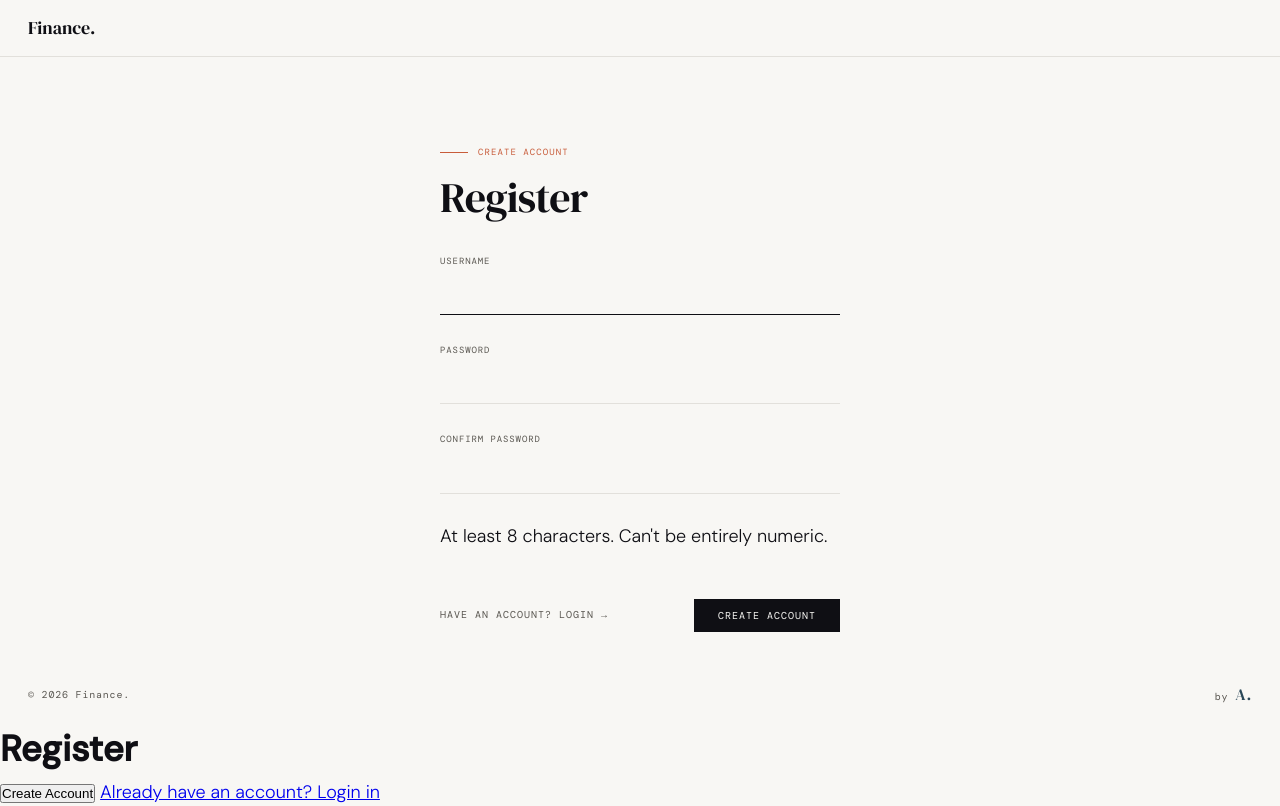
Repository: adtm0/Fined
Page: tracker/templates/tracker/register.html
These files come from the project's save history. The page is drawn as it stood at one moment and after the next save; the edit follows.
The browser window is 1280 px wide. The pictures show the whole page.
Some web fonts or font styles are not loaded; a fallback is used. The template is drawn by Django 4.2. The application's start-up code is not run. Other server files are loaded and not shown. The template is opened directly, without the code that normally fills it, so the values that code supplies are empty.

Above is the page before, as saved 2026-05-01 21:50:30.

### tracker/templates/tracker/register.html
{% extends 'tracker/base.html' %}

{% block content %}
<div class="auth-page">
  <div class="auth-box">
    <div class="auth-header">
      <p class="section-label">Create account</p>
      <h1 class="auth-title">Register</h1>
    </div>

    {%if form.errors%}
      <p class="auth-error">Please fix the errors below.</p>
    {% endif %}

    <form method="POST">
      {% csrf_token %}
      <label>Username</label>
      <input type="text" name="username" autofocus>

      <label>Password</label>
      <input type="password" name="password1"></input>

      <label>Confirm password</label>
      <input type="password" name="password2"></input>

      <p class="auth-hint">At least 8 characters. Can't be entirely numeric.</p>

      <div class="auth-actions">
        <a href="/login/" class="auth-link">Have an account? Login →</a>
        <button type="submit" class="modal-submit">Create account</button>
      </div>
    </form>
  </div>
</div>
<h1 class="mb-4">Register</h1>

  <button type="submit" class="btn btn-primary">Create Account</button>
</form>
<a href="/login" class="mt-3 d-block">Already have an account? Login in</a>
{% endblock %}

### tracker/templates/tracker/base.html
{% load static %}
<!DOCTYPE html>
<html>
  <head>
    <meta name="viewport" content="width=device-width, initial-scale=1.0">
    <title>Fined</title>
    <link rel="stylesheet" href="{% static 'tracker/style.css' %}">
    <link rel="preconnect" href="https://fonts.googleapis.com">
    <link href="https://fonts.googleapis.com/css2?family=DM+Serif+Display:ital@0;1&family=DM+Mono:wght@300;400;500&family=DM+Sans:wght@300;400;500&display=swap" rel="stylesheet">
  </head>
  <body>
    <nav class="navbar">
      <a class="nav-brand" href="/dashboard/">Finance.</a>
      <div class="nav-links">
        {% if user.is_authenticated %}
          <a href="/dashboard/" class="{% if request.resolver_match.url_name == 'dashboard' %} active {% endif %}">Overview</a>
          <a href="/history/" class="{% if request.resolver_match.url_name == 'history' %} active {% endif %}">History</a>
          <a href="/logout/">Logout</a>
        {% endif %}
      </div>
    </nav>
    <div class="page-content">
      {% block content%}{% endblock %}
    </div>
    <footer class="site-footer">
      <span class="footer-copy">&#169; 2026 Finance.</span>
      <a href="https://adtm0.github.io/" target="_blank" class="footer-link">by <span class="footer-a">A.</span></a>
    </footer>
  </body>
</html>

### tracker/static/tracker/style.css
@import url('https://fonts.googleapis.com/css2?family=DM+Serif+Display:ital@0;1&family=DM+Mono:wght@300;400;500&family=DM+Sans:wght@300;400;500&display=swap');

* {
  margin: 0;
  padding: 0;
  box-sizing: border-box;
}

:root {
  --ink: #0f0f14;
  --paper: #f8f7f4;
  --paper2: #f0efe9;
  --muted-dark: #5a5751;
  --border: #e2e0db;
  --accent: #2a4858;
  --accent2: #c85c3a;
  --serif: 'DM Serif Display', serif;
  --sans: 'DM Sans', sans-serif;
  --mono: 'DM Mono', monospace;
}

html {
  font-size: 18px;
}

body {
  background-color: var(--paper);
  font-family: var(--sans);
  font-size: 1rem;
  color: var(--ink);
  font-weight: 300;
  line-height: 1.6;
}

/* ── AUTH PAGES ── */
.auth-page {
  min-height: calc(100vh - 57px);
  display: flex;
  align-items: center;
  justify-content: center;
}

.auth-box {
  width: 100%;
  max-width: 400px;
  padding: 48px 0;
}

.auth-header {
  margin-bottom: 36px;
}

.auth-title {
  font-family: var(--serif);
  font-size: 42px;
  font-weight: normal;
  letter-spacing: -0.02em;
  color: var(--ink);
  line-height: 1;
}

.auth-error {
  font-family: var(--mono);
  font-size: 10px;
  letter-spacing: 0.08em;
  text-transform: uppercase;
  color: var(--accent2);
  margin-bottom: 24px;
  padding-bottom: 16px;
  border-bottom: 1px solid var(--border);
}

.auth-box label {
  display: block;
  font-family: var(--mono);
  font-size: 9px;
  letter-spacing: 0.1em;
  text-transform: uppercase;
  color: var(--muted-dark);
  margin-bottom: 8px;
}

.auth-box input[type="text"],
.auth-box input[type="password"] {
  display: block;
  width: 100%;
  padding: 10px 0;
  font-family: var(--sans);
  font-size: 14px;
  color: var(--ink);
  background: transparent;
  border: none;
  border-bottom: 1px solid var(--border);
  outline: none;
  margin-bottom: 28px;
}

.auth-box input[type="text"]:focus,
.auth-box input[type="password"]:focus {
  border-bottom-color: var(--ink);
}

.auth-actions {
  display: flex;
  align-items: center;
  justify-content: space-between;
  margin-top: 48px;
  padding-top: 0;
  border-top: none;
}

.auth-link {
  font-family: var(--mono);
  font-size: 10px;
  letter-spacing: 0.1em;
  text-transform: uppercase;
  color: var(--muted-dark);
  text-decoration: none;
  transition: color 0.15s;
}

.auth-link:hover {
  color: var(--accent2);
}


/* ── NAVBAR ── */
.navbar {
  display: flex;
  justify-content: space-between;
  align-items: stretch;
  height: 57px;
  border-bottom: 1px solid var(--border);
  background-color: var(--paper);
  padding: 0 28px;
}

.nav-brand {
  font-family: var(--serif);
  font-size: 18px;
  text-decoration: none;
  color: var(--ink);
  display: flex;
  align-items: center;
}

.nav-brand:visited {
  color: var(--ink);
}

.nav-links {
  display: flex;
  align-items: stretch;
}

.nav-links a {
  font-family: var(--mono);
  font-size: 10px;
  letter-spacing: 0.1em;
  text-transform: uppercase;
  text-decoration: none;
  color: var(--muted-dark);
  display: flex;
  align-items: center;
  padding: 0 16px;
  transition: color 0.15s;
}

.nav-links a:hover {
  color: var(--accent2);
}

.nav-links a.active {
  background: var(--accent);
  color: #fff;
}

.page-content {
  overflow: auto;
}

/* ── FOOTER ── */
.site-footer {
  position: fixed;
  bottom: 0;
  left: 0;
  right: 0;
  display: flex;
  justify-content: space-between;
  align-items: center;
  padding: 12px 28px;
  background: var(--paper);
}

.footer-copy {
  font-family: var(--mono);
  font-size: 10px;
  letter-spacing: 0.08em;
  color: var(--muted-dark);
}

.footer-link {
  font-family: var(--mono);
  font-size: 10px;
  letter-spacing: 0.08em;
  color: var(--muted-dark);
  text-decoration: none;
  transition: color 0.15s;
}

.footer-link:hover{
  color: var(--ink);
}

.footer-a {
  font-family: var(--serif);
  font-size: 16px;
  color: var(--accent);
}

.footer-link:hover .footer-a {
  color: var(--accent2);
}

/* ── DASHBOARD GRID ── */
.dashboard-grid {
  display: grid;
  grid-template-columns: 1fr 2fr 1fr;
  min-height: calc(100vh - 57px - 45px);
  border: 1px solid var(--border);
  align-items: stretch;
}

/* ── LEFT PANEL ── */
.left-panel {
  border-right: 1px solid var(--border);
  display: flex;
  flex-direction: column;
}

.left-panel-hero {
  padding: 40px 32px;
  border-bottom: 1px solid var(--border);
}

/* Only "Financial Overview" gets the orange line eyebrow */
.section-label {
  display: flex;
  align-items: center;
  gap: 10px;
  font-family: var(--mono);
  font-size: 9px;
  letter-spacing: 0.12em;
  color: var(--accent2);
  text-transform: uppercase;
  margin-bottom: 16px;
}

.section-label::before {
  content: '';
  display: inline-block;
  width: 28px;
  height: 1px;
  background: var(--accent2);
  flex-shrink: 0;
}

.greeting {
  font-family: var(--serif);
  font-size: 42px;
  font-weight: normal;
  line-height: 1.15;
  letter-spacing: -0.01em;
  margin-bottom: 10px;
}

.greeting em {
  color: var(--accent);
  font-style: italic;
}

.subtext {
  font-family: var(--sans);
  font-size: 12px;
  color: var(--muted-dark);
  font-weight: 300;
  line-height: 1.6;
}

/* Stats */
.stat-block {
  display: flex;
  flex-direction: column;
}

.stat {
  padding: 24px 32px;
  border-bottom: 1px solid var(--border);
}

.stat h2 {
  font-family: var(--serif);
  font-size: 36px;
  font-weight: normal;
  letter-spacing: -0.02em;
  line-height: 1;
  color: var(--ink);
}

.stat p {
  font-family: var(--mono);
  font-size: 9px;
  letter-spacing: 0.1em;
  text-transform: uppercase;
  color: var(--muted-dark);
  margin-top: 4px;
}

/* ── MIDDLE PANEL ── */
.middle-panel {
  border-right: 1px solid var(--border);
  display: flex;
  flex-direction: column;
}

.analytics-box {
  padding: 32px 48px;
  border-bottom: 1px solid var(--border);
  flex: none;
  height: 420px;
  overflow: hidden;
}

.analytics-header {
  display: flex;
  align-items: center;
  justify-content: space-between;
  margin-bottom: 24px;
}

.analytics-title {
  font-family: var(--serif);
  font-size: 20px;
  color: var(--ink);
  font-style: italic;
}

/* Wallets */
.wallets-box {
  padding: 32px 36px;
}

.wallets-header {
  display: flex;
  justify-content: space-between;
  align-items: center;
  margin-bottom: 14px;
}

.wallets-title {
  font-family: var(--serif);
  font-size: 20px;
  color: var(--ink);
  font-style: italic;
}

.add-link {
  font-family: var(--mono);
  font-size: 9px;
  letter-spacing: 0.1em;
  text-transform: uppercase;
  color: var(--muted-dark);
  text-decoration: none;
  padding: 5px 12px;
  border: 1px solid var(--border);
  transition: color 0.15s;
}

.add-link:hover {
  color: var(--accent2);
}

.wallet-item {
  display: flex;
  justify-content: space-between;
  align-items: center;
  padding: 10px 0;
  border-top: 1px solid var(--border);
}

.wallet-item:last-child {
  border-bottom: 1px solid var(--border);
}

.wallet-item a {
  font-family: var(--serif);
  font-size: 14px;
  color: var(--accent);
  text-decoration: none;
}

.wallet-balance {
  font-family: var(--mono);
  font-size: 11px;
  font-weight: 300;
  letter-spacing: 0.1em;
  text-transform: uppercase;
  color: var(--ink);
}

.empty-link {
  font-family: var(--mono);
  font-size: 10px;
  letter-spacing: 0.06em;
  text-transform: uppercase;
  color: var(--muted-dark);
  text-decoration: none;
  display: block;
  padding: 12px 0;
  border-top: 1px solid var(--border);
}

.empty-link:hover {
  color: var(--accent2);
}

/* ── RIGHT PANEL ── */
.right-panel {
  background: var(--paper2);
  display: flex;
  flex-direction: column;
}

.total-balance-box {
  padding: 36px 32px;
  border-bottom: 1px solid var(--border);
}

.balance-eyebrow {
  font-family: var(--mono);
  font-size: 9px;
  letter-spacing: 0.1em;
  text-transform: uppercase;
  color: var(--muted-dark);
  margin-bottom: 10px;
}

.total-balance-box h1 {
  font-family: var(--serif);
  font-size: 48px;
  font-weight: normal;
  letter-spacing: -0.02em;
  line-height: 1;
  color: var(--ink);
}

.balance-sub {
  font-family: var(--sans);
  font-size: 11px;
  color: var(--muted-dark);
  margin-top: 6px;
  font-weight: 300;
}

/* Actions */
.actions-box {
  padding: 28px 32px;
  border-top: 1px solid var(--border);
  margin-top: auto;
}

.actions-label {
  font-family: var(--mono);
  font-size: 9px;
  letter-spacing: 0.1em;
  text-transform: uppercase;
  color: var(--muted-dark);
  margin-bottom: 14px;
}

.action-btn {
  display: flex;
  align-items: center;
  justify-content: space-between;
  padding: 12px 0;
  font-family: var(--mono);
  font-size: 11px;
  letter-spacing: 0.1em;
  text-transform: uppercase;
  text-decoration: none;
  color: var(--ink);
  border-bottom: 1px solid var(--border);
  background: transparent;
  width: 100%;
  cursor: pointer;
  transition: color 0.15s;
  border: none;
  border-bottom: 1px solid var(--border);
  appearance: none;
  -webkit-appearance: none;
}

a.action-btn {
  display: flex;
  align-items: center;
  justify-content: space-between;
}
.action-btn:first-of-type {
  border-top: 1px solid var(--border);
}

.action-btn::after {
  content: '→';
  font-family: var(--mono);
  font-size: 11px;
  color: inherit;
}

.action-btn:hover {
  color: var(--accent2);
}

/* Recent */
.recent-box {
  padding: 28px 32px;
  flex: 1;
}

.recent-label {
  font-family: var(--mono);
  font-size: 9px;
  letter-spacing: 0.1em;
  text-transform: uppercase;
  color: var(--muted-dark);
  margin-bottom: 12px;
}

.recent-item {
  font-family: var(--sans);
  font-size: 13px;
  color: var(--ink);
  padding: 10px 0;
  border-bottom: 1px solid var(--border);
}

.recent-item:first-of-type {
  border-top: 1px solid var(--border);
}

.recent-empty {
  font-family: var(--mono);
  font-size: 9px;
  color: var(--muted-dark);
  letter-spacing: 0.06em;
  text-transform: uppercase;
  padding: 10px 0;
  border-top: 1px solid var(--border);
}

/* ── HISTORY PAGE ── */
.history-page {
  padding: 48px 56px;
  max-width: 1100px;
}

.history-title {
  font-family: var(--serif);
  font-size: 42px;
  font-weight: normal;
  letter-spacing: -0.02em;
  color: var(--ink);
  margin-bottom: 40px;
}

.history-table {
  width: 100%;
  border-collapse: collapse;
}

.history-table thead tr {
  border-bottom: 1px solid var(--border);
}

.history-table th {
  font-family: var(--mono);
  font-size: 9px;
  letter-spacing: 0.1em;
  text-transform: uppercase;
  color: var(--muted-dark);
  text-align: left;
  padding: 0 0 12px 0;
  font-weight: 400;
}

.history-table td {
  font-family: var(--sans);
  font-size: 13px;
  color: var(--ink);
  padding: 14px 0;
  border-bottom: 1px solid var(--border);
}

/* Type column - income green, expense orange */
.history-table td:nth-child(3) {
  font-family: var(--mono);
  font-size: 9px;
  letter-spacing: 0.08em;
  text-transform: uppercase;
}

.type-badge {
  display: inline-block;
  padding: 3px 10px;
  font-family: var(--mono);
  font-size: 9px;
  letter-spacing: 0.08em;
  text-transform: uppercase;
  min-width: 70px;
  text-align: center;
}

.type-badge.income {
  background: #dde6eb;
  color: #1d3340;
}

.type-badge.expense {
  background: #f7e4dc;
  color: #9e3f22;
}

/* Amount column - mono */
.history-table td:nth-child(4) {
  font-family: var(--mono);
  font-size: 13px;
  font-weight: 500;
}

/* ── MODAL ── */
.modal-overlay {
  display: none;
  position: fixed;
  inset: 0;
  background: rgba(15, 15, 20, 0.5);
  z-index: 100;
  align-items: center;
  justify-content: center;
}

.modal {
  background: var(--paper);
  padding: 40px 36px;
  width: 100%;
  max-width: 420px;
  border: 1px solid var(--border)
}

.modal-title {
  font-family: var(--serif);
  font-size: 28px;
  font-weight: normal;
  color: var(--ink);
  margin-bottom: 28px;
}

.modal label {
  display: block;
  font-family: var(--mono);
  font-size: 9px;
  letter-spacing: 0.1em;
  text-transform: uppercase;
  color: var(--muted-dark);
  margin-bottom: 8px;
}

.modal input[type="text"],
.modal input[type="number"],
.modal select {
  display: block;
  width: 100%;
  padding: 10px 0;
  font-family: var(--sans);
  font-size: 14px;
  color: var(--ink);
  background: transparent;
  border: none;
  border-bottom: 1px solid var(--border);
  outline: none;
  margin-bottom: 24px;
}

.modal select {
  appearance: none;
  -webkit-appearance: none;
  background-image: url("data:[embedded picture, 215 characters]");
  background-repeat: no-repeat;
  background-position: right 4px center;
  padding-right: 24px;
  cursor: pointer;
}

.modal input[type="date"] {
  display: block;
  width: 100%;
  padding: 10px 0;
  font-family: var(--sans);
  font-size: 14px;
  color: var(--ink);
  background: transparent;
  border: none;
  border-bottom: 1px solid var(--border);
  outline: none;
  margin-bottom: 24px;
  cursor: pointer;
  -webkit-appearance: none;
  appearance: none
}
.modal input[type="date"]::-webkit-calendar-picker-indicator {
  opacity: 0.35;
  cursor: pointer;
  filter: invert(0.3);
  margin-left: auto;
}

.modal input[type="number"]::-webkit-inner-spin-button,
.modal input[type="number"]::-webkit-outer-spin-button {
  opacity: 0.3;
}

.modal input[type="text"]:focus,
.modal input[type="number"]:focus,
.modal select:focus {
  border-bottom-color: var(--ink);
}

.modal-actions {
  display: flex;
  align-items: center;
  justify-content: flex-end;
  gap: 16px;
  margin-top: 32px;
  padding-top: 24px;
  border-top: 1px solid var(--border);
}

.modal-cancel {
  font-family: var(--mono);
  font-size: 10px;
  letter-spacing: 0.1em;
  text-transform: uppercase;
  background: transparent;
  color: var(--muted-dark);
  border: none;
  cursor: pointer;
  transition: color 0.15s;
  padding: 10px 16px
}

.modal-cancel:hover {
  color: var(--ink);
}

.modal-submit {
  font-family: var(--mono);
  font-size: 10px;
  letter-spacing: 0.1em;
  text-transform: uppercase;
  background: var(--ink);
  color: var(--paper);
  border: none;
  padding: 10px 24px;
  cursor: pointer;
  transition: background 0.15s;
}

.modal-submit:hover {
  background: var(--accent);
}

/* ── ANALYTICS SLIDE NAV ── */
.slides-wrapper {
  position: relative;
  display: flex;
  align-items: center;
  gap: 8px;
}
.slides-content {
  flex: 1;
  min-width: 0;
}

.slide-btn {
  position: absolute;
  top: 50%;
  transform: translateY(-50%);
  z-index: 1;
  background: none;
  border: none;
  font-family: var(--serif);
  font-size: 20px;
  color: var(--muted-dark);
  cursor: pointer;
  padding: 0 4px;
  line-height: 1;
  transition: color 0.15s;
}

.slide-btn:first-child {
  left: -20px;
}
.slide-btn:last-child {
  right: -20px;
}

.slide-btn:hover {
  color: var(--ink);
}

.slide-dots {
  display: flex;
  justify-content: center;
  gap: 6px;
  padding: 10px 0 0;
}

.slide-dot {
  width: 6px;
  height: 6px;
  border-radius: 50%;
  background: var(--border);
  cursor: pointer;
  transition: background 0.2s;
}

.slide-dot.active {
  background: var(--muted-dark);
}

/* ── CALENDAR ── */
.calendar-month-label {
  font-family: var(--mono);
  font-size: 9px;
  letter-spacing: 0.12em;
  text-transform: uppercase;
  color: var(--muted-dark);
  min-width: 80px;
  text-align: center;
  margin-bottom: 0;
}

.calendar-grid {
  display: grid;
  grid-template-rows: repeat(6, 1fr);
  grid-template-columns: repeat(7, 1fr);
  height: calc(100% - 80px);
  gap: 2px;
}

.cal-header {
  font-family: var(--mono);
  font-size: 8px;
  letter-spacing: 0.08em;
  text-transform: uppercase;
  color: var(--muted-dark);
  text-align: center;
  padding-bottom: 6px;
}

.cal-cell {
  min-height: 36px;
  padding: 4px 2px;
  display: flex;
  flex-direction: column;
  align-items: center;
  gap: 3px;
}

.cal-day-num {
  font-family: var(--mono);
  font-size: 10px;
  color: var(--ink);
}

.cal-today .cal-day-num {
  background: var(--paper);
  border: 2px solid var(--accent);
  border-radius: 50%;
  width: 18px;
  height: 18px;
  display: flex;
  align-items: center;
  justify-content: center;
  font-size: 9px;
}

.cal-dots {
  display: flex;
  gap: 2px;
}

.cal-dot {
  width: 5px;
  height: 5px;
  border-radius: 50%;
}

.cal-dot.income {
  background: var(--accent);
}

.cal-dot.expense {
  background: var(--accent2);
}

.cal-month-nav {
  display: flex;
  align-items: center;
  justify-content: center;
  gap: 16px;
  margin-bottom: 36px;
}

.cal-nav-btn {
  display: inline;
  font-family: var(--serif);
  font-size: 18px;
  color: var(--muted-dark);
  text-decoration: none;
  padding: 0 4px;
  transition: color 0.15s;
  line-height: 1;
}

.cal-nav-btn:hover {
  color: var(--ink);
}

After the next save:
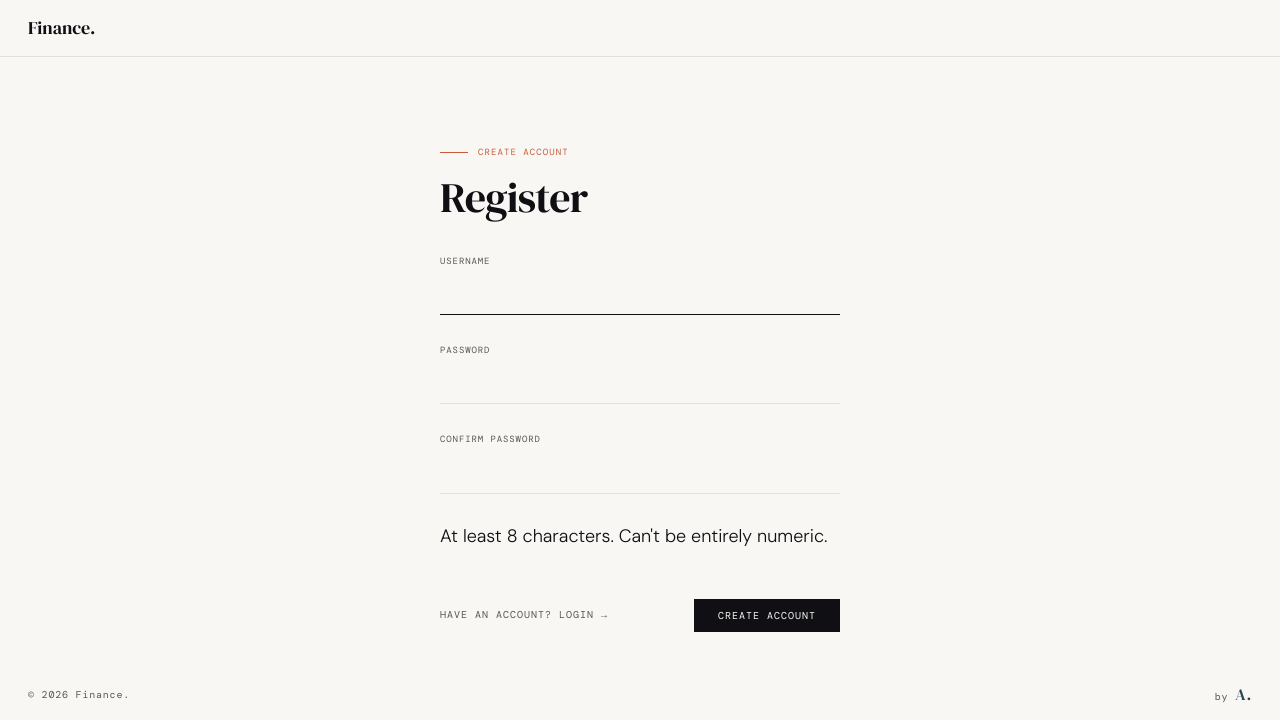
Saved 6 s later.
--- a/tracker/templates/tracker/register.html
+++ b/tracker/templates/tracker/register.html
@@ -32,9 +32,4 @@
     </form>
   </div>
 </div>
-<h1 class="mb-4">Register</h1>
-
-  <button type="submit" class="btn btn-primary">Create Account</button>
-</form>
-<a href="/login" class="mt-3 d-block">Already have an account? Login in</a>
 {% endblock %}
